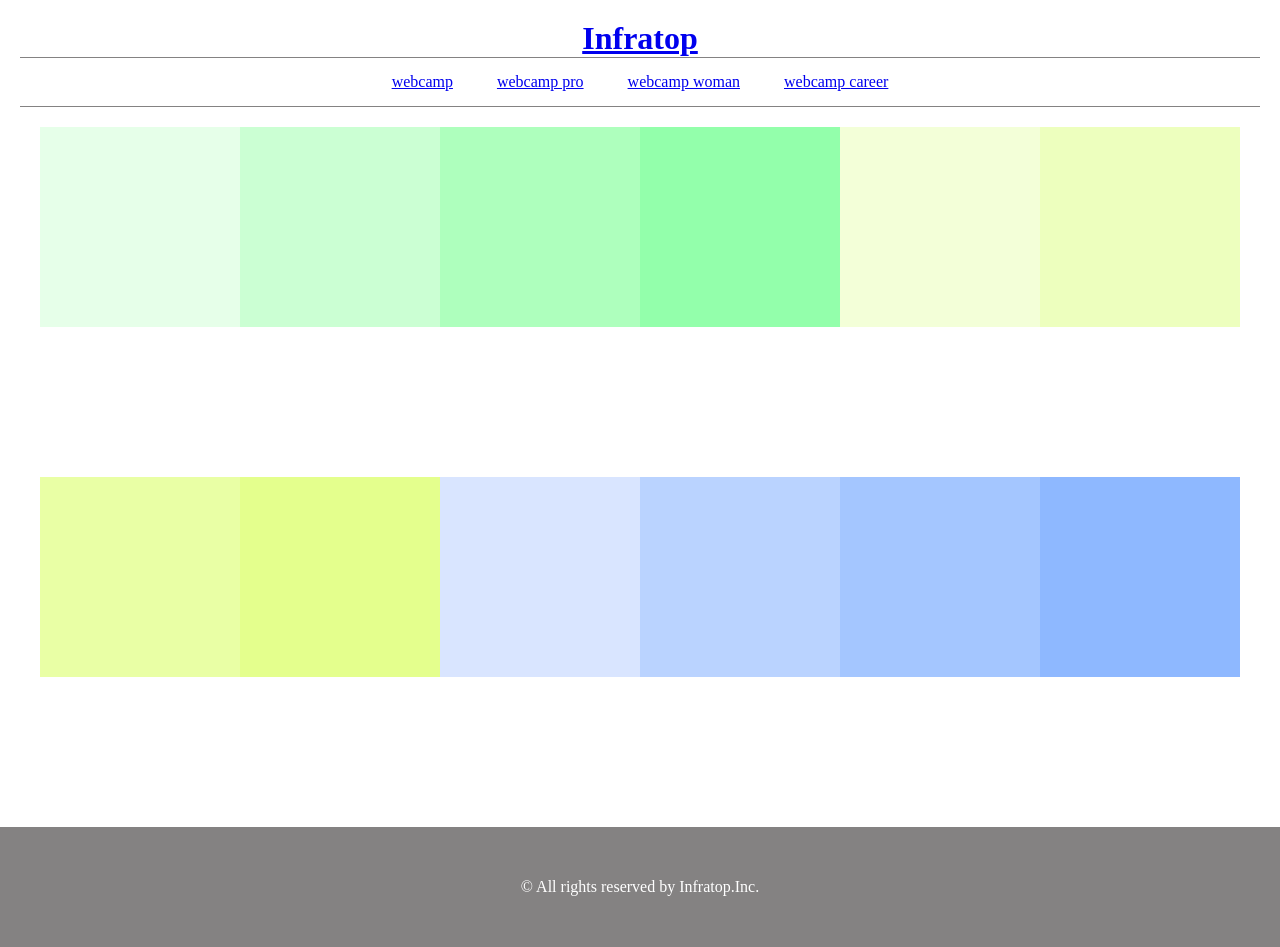
Repository: tkikokiko/webcamp-practice
Page: 1-5/index1-5.html
The author's editor kept a record of every edit. The page is drawn from the files as they stood at one moment, then again after the next edit.
The browser window is 1280 px wide. The pictures show the whole page.

Above is the page before.

After the next edit:
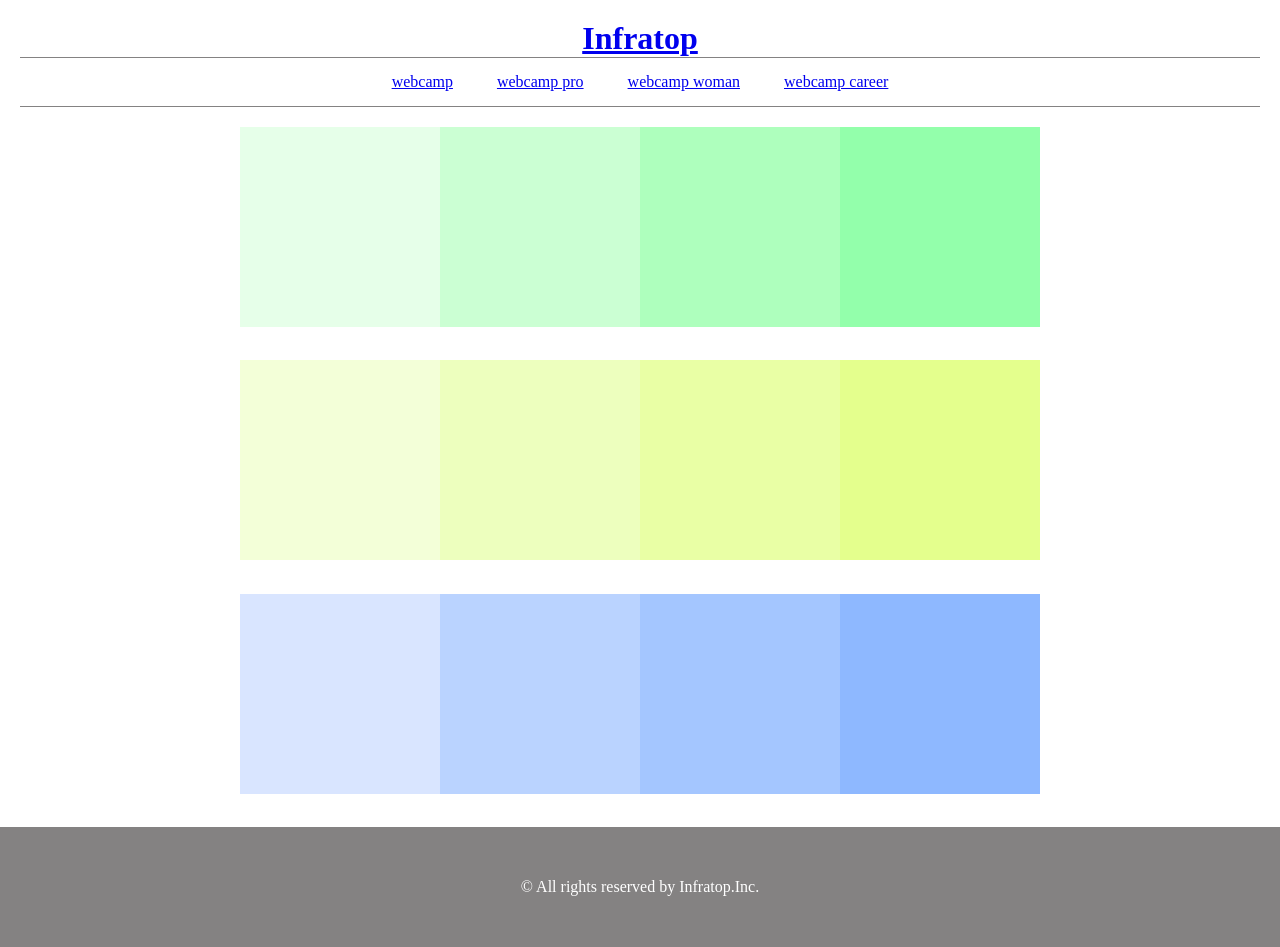
The edit:
--- a/1-5/style1-5.css
+++ b/1-5/style1-5.css
@@ -33,7 +33,7 @@
 }
 
 .main {
-  width: 100%;
+  width: 800px;
   height: 700px;
   display: flex;
   justify-content: center;
